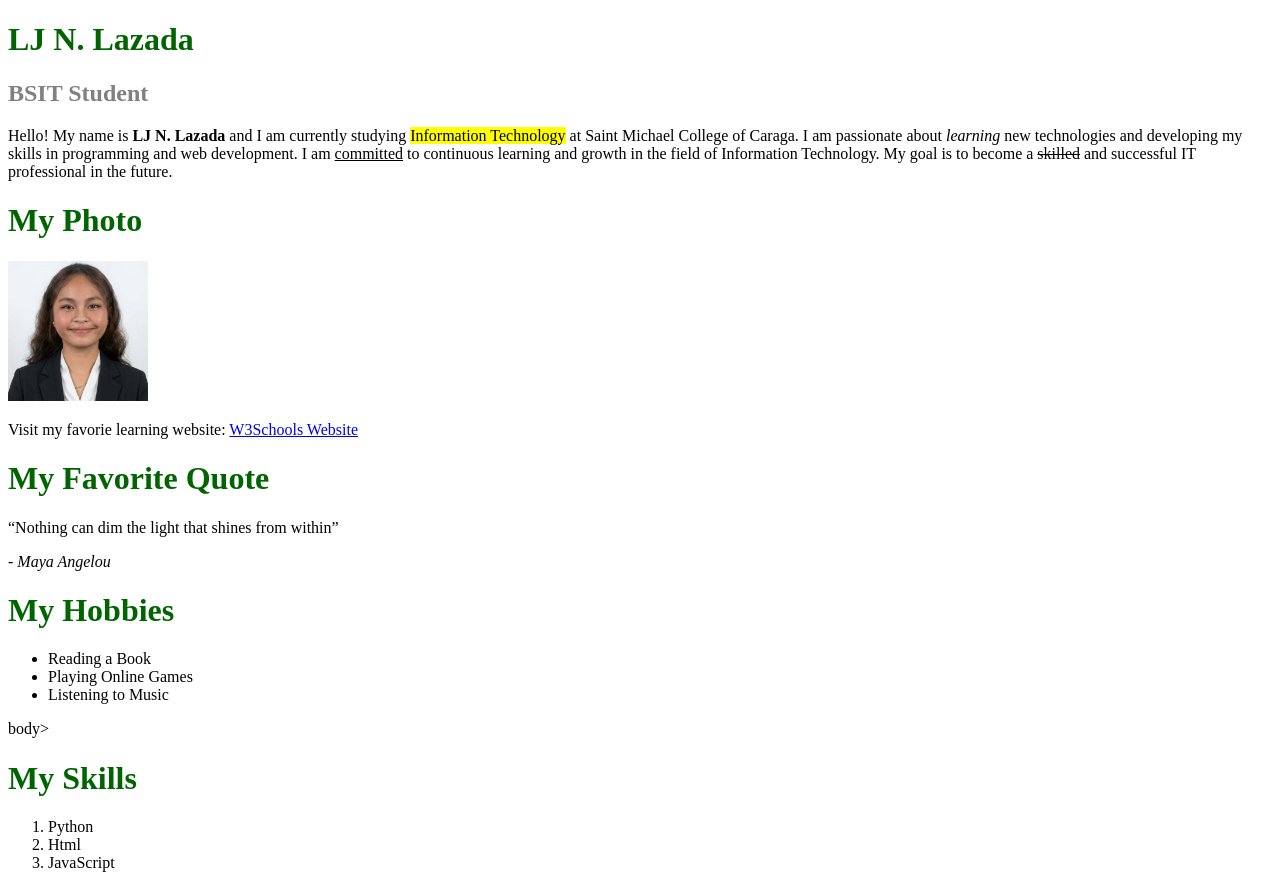
Repository: ljlazada11/myfirsthtml
Page: index.html
These files come from the project's save history. The page is drawn as it stood at one moment and after the next save; the edit follows.
The browser window is 1280 px wide. The pictures show the whole page.

Above is the page before, as saved 2026-06-24 20:04:47.

After the next save:
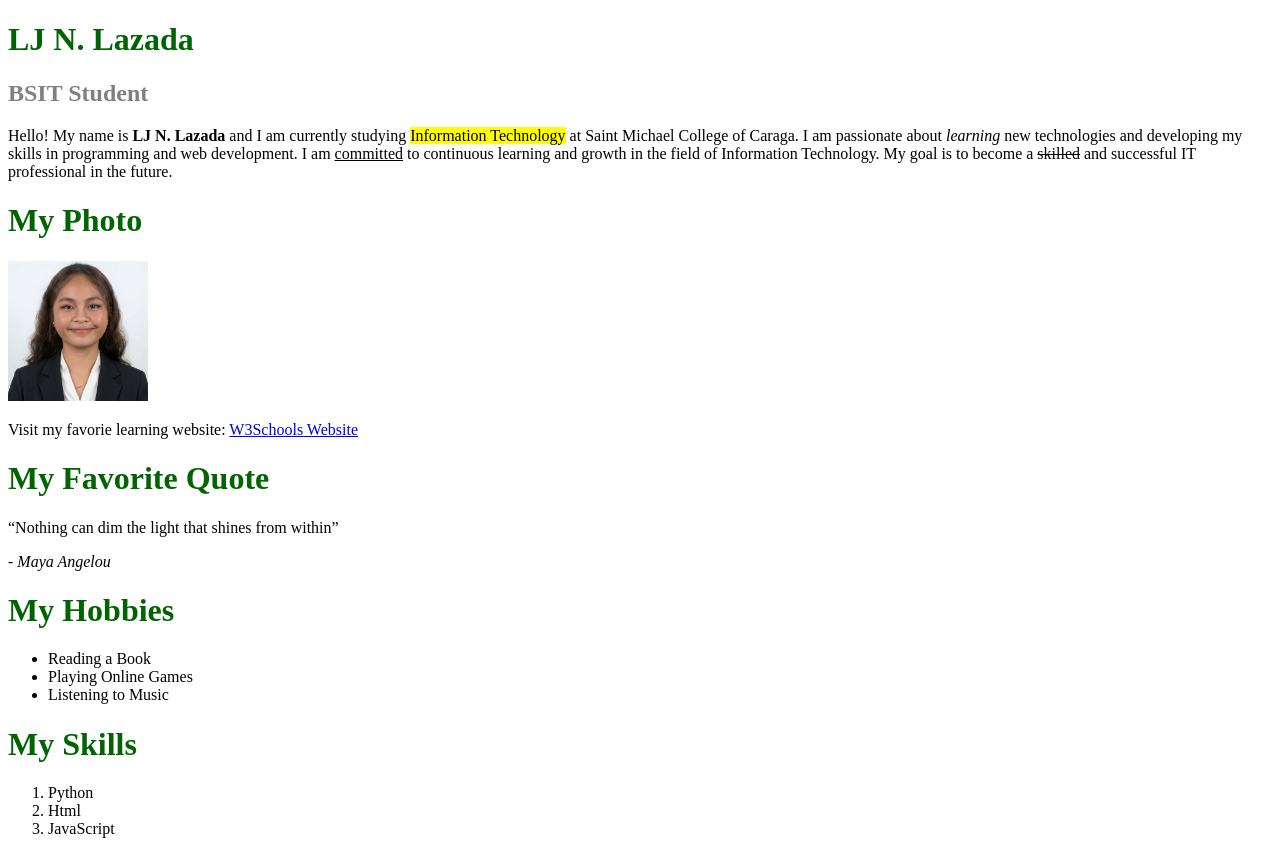
Saved 14 s later.
--- a/index.html
+++ b/index.html
@@ -29,7 +29,6 @@
         <li>Listening to Music</li>
     </ul>
 </body>
-body>
     <h1 style="color:darkgreen">My Skills</h1>
     <ol>
         <li>Python</li>
